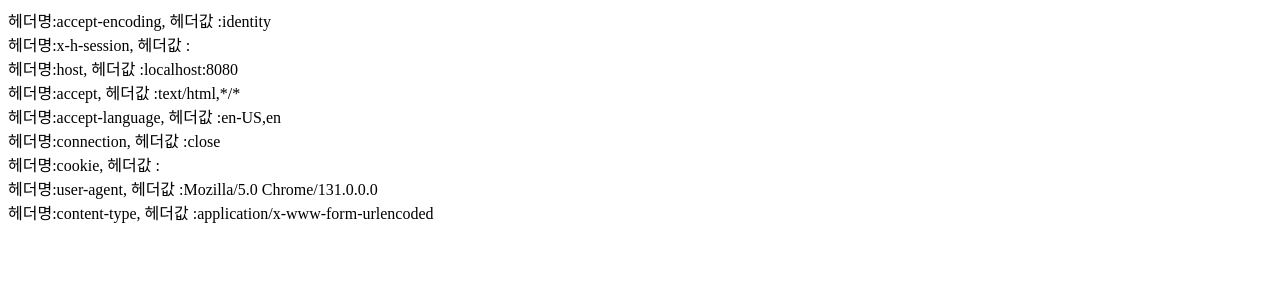
Repository: devgolol/JSP-_Servlet
Page: http://localhost/MustHaveJSP/02ImplicitObject/RequestHeader.jsp
These files come from the project's save history. The page is drawn as it stood at one moment and after the next save; the edit follows.
The browser window is 1280 px wide. The pictures show the whole page.
The page is served by Tomcat 10. Other server files are loaded and not shown.

Above is the page before, as saved 2025-05-02 06:51:23.

### MustHaveJSP/src/main/webapp/02ImplicitObject/RequestHeader.jsp
<%@page import="java.util.Enumeration"%>
<%@ page language="java" contentType="text/html; charset=UTF-8"
    pageEncoding="UTF-8"%>
<!DOCTYPE html>
<html>
<head>
<meta charset="UTF-8">
<title>내장 객체 - request</title>
</head>
<body>
	<%
		Enumeration headers = request.getHeaderNames();
		while(headers.hasMoreElements()){
			String headerName = (String)headers.nextElement();
			String headerValue = request.getHeader(headerName);
			out.print("헤더명:" + headerName+ ", 헤더값 :" + headerValue +"<br/>");
		}
	%>
</body>
</html>

After the next save:
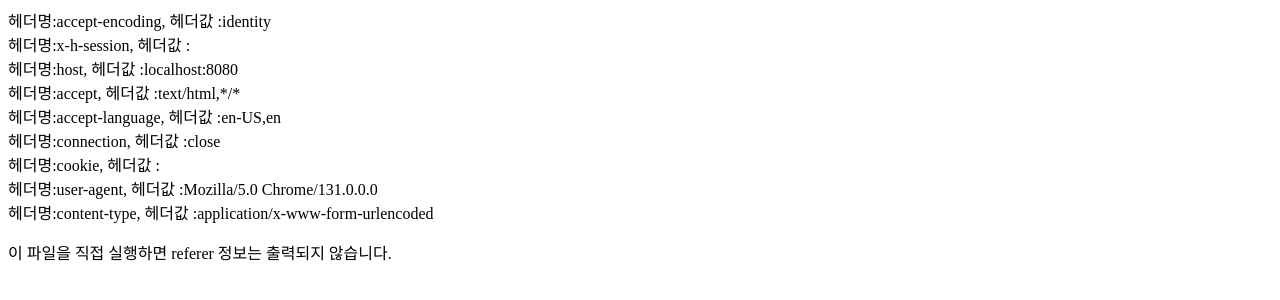
Saved 35 s later.
--- a/MustHaveJSP/src/main/webapp/02ImplicitObject/RequestHeader.jsp
+++ b/MustHaveJSP/src/main/webapp/02ImplicitObject/RequestHeader.jsp
@@ -16,5 +16,6 @@
 			out.print("헤더명:" + headerName+ ", 헤더값 :" + headerValue +"<br/>");
 		}
 	%>
+	<p>이 파일을 직접 실행하면 referer 정보는 출력되지 않습니다.</p>
 </body>
 </html>
